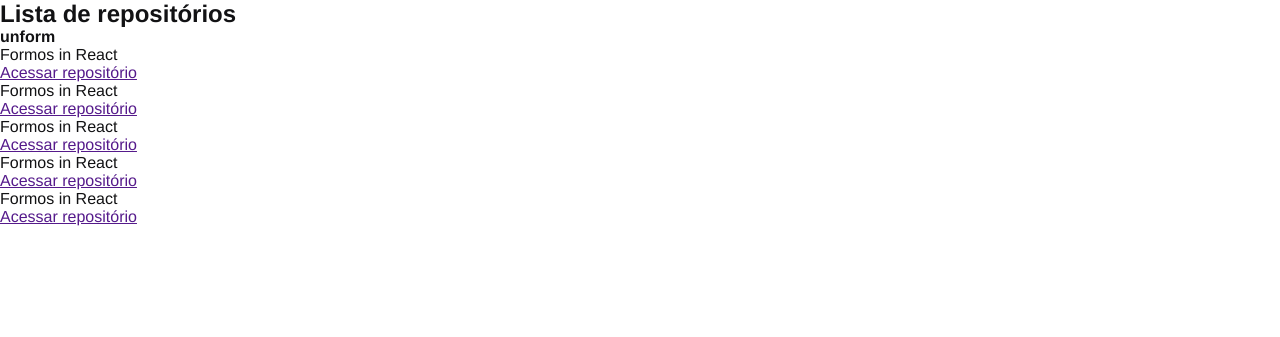
Repository: soualexandre/github-explore
Page: /
The author's editor kept a copy of each file at every save. The page is drawn from the files as they stood at one save, then again after the next save.
The browser window is 1280 px wide. The pictures show the whole page.
The project was rebuilt for these pictures with package versions that can differ from the ones it lists, and the page was loaded fresh each time. Also part of the build but not shown: webpack.config.js.

Above is the page before, as saved 2021-07-09 14:52:54.

### public/index.html
<!DOCTYPE html>
<html lang="en">
<head>
    <meta charset="UTF-8">
    <meta http-equiv="X-UA-Compatible" content="IE=edge">
    <meta name="viewport" content="width=device-width, initial-scale=1.0">
    <title>Github Explore</title>
</head>
<body>
    <div id="root"></div>
    <script src="../dist/bundle.js"></script>
</body>
</html>

### src/index.jsx
import {render} from 'react-dom'
import {App} from './App'
render(
    <App/>,
     document.getElementById("root"))

### src/App.jsx
import React from 'react'
import './atyles/global.scss'
import { RepositoryList } from './components/RepositoryList'

export function App(){
    return <RepositoryList/>
}

### src/atyles/global.scss
*{
    margin: 0;
    padding: 0;
    box-sizing: border-box;
}
body{
    font: 16px "Helvetica Neue", Arial, sans-serif;
    color: #121214;
}

### src/components/RepositoryList.jsx
import { RepositoryItem } from "./RepositoryItem";


export function RepositoryList() {
    return (
        <section>
            <h1>Lista de repositórios</h1>
            <ul>
                <RepositoryItem repository="unform"/>
                <RepositoryItem/>
                <RepositoryItem/>
                <RepositoryItem/>
                <RepositoryItem/>
            </ul>
        </section>
    );
}

### src/components/RepositoryItem.jsx
export function RepositoryItem(props) {
    return (
        <li >
            <strong>{props.repository}</strong>
            <p>Formos in React</p>
            <a href="">
                Acessar repositório
            </a>
        </li>
    );
}

After the next save:
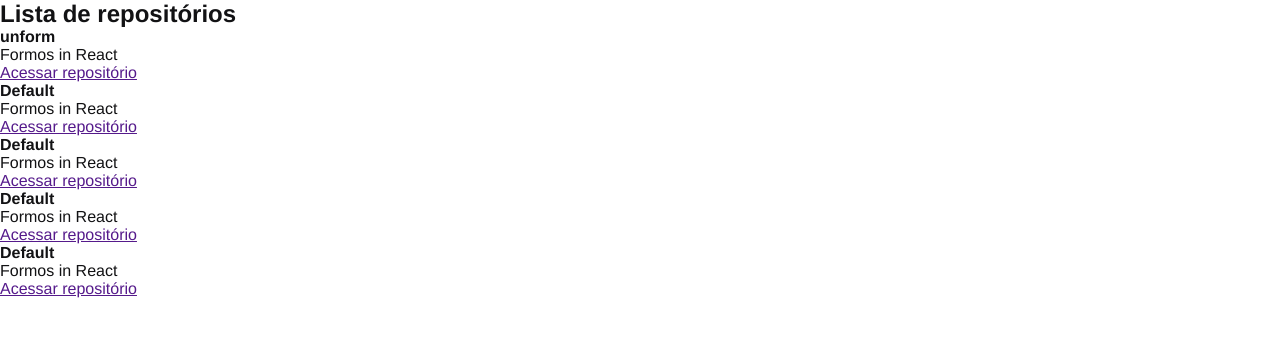
Saved 75 s later.
--- a/src/components/RepositoryItem.jsx
+++ b/src/components/RepositoryItem.jsx
@@ -1,7 +1,7 @@
 export function RepositoryItem(props) {
     return (
         <li >
-            <strong>{props.repository}</strong>
+            <strong>{props.repository || 'Default'}</strong>
             <p>Formos in React</p>
             <a href="">
                 Acessar repositório
